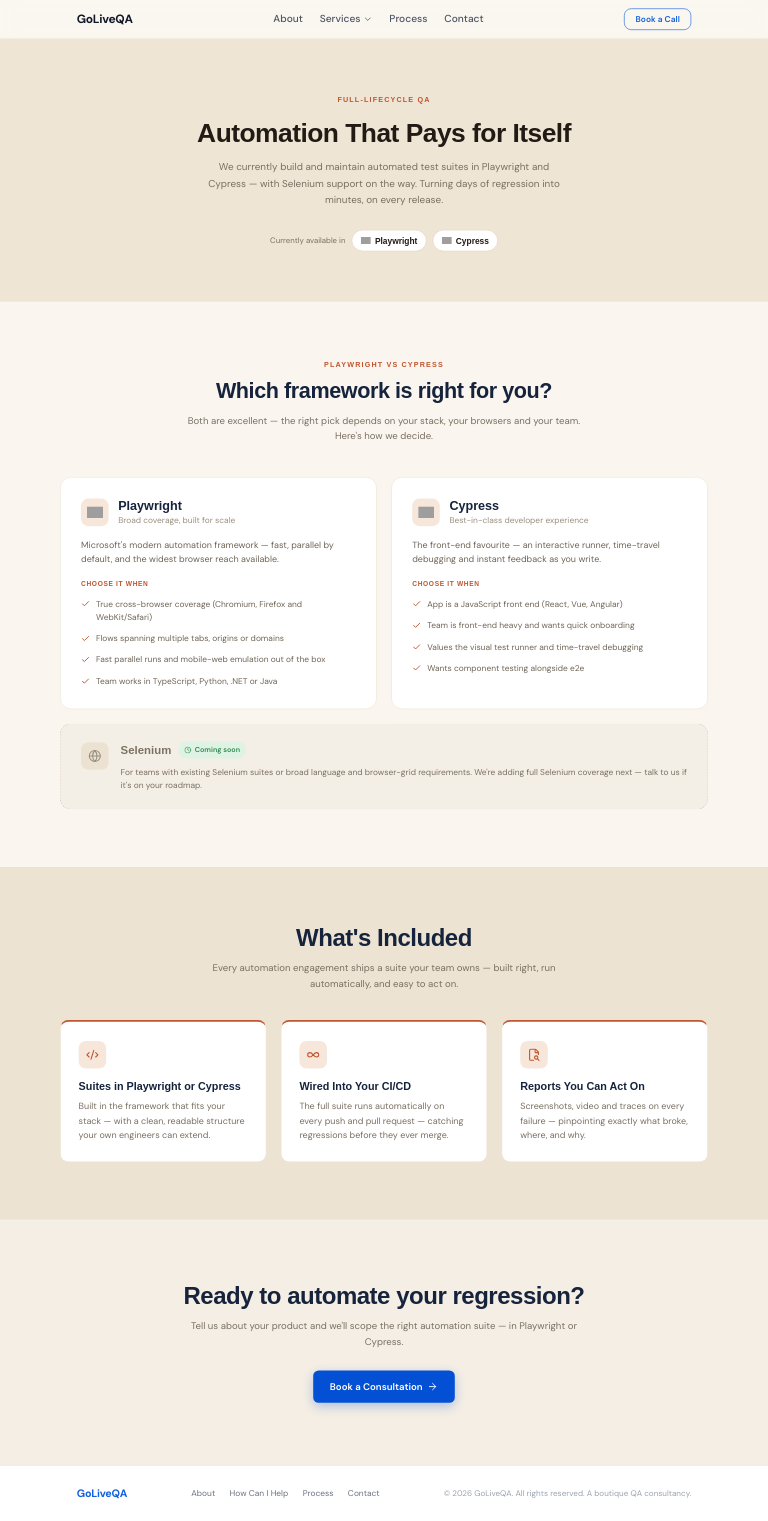
Repository: Monika281992/GoLiveQA
Page: /automation-testing
These files come from the project's save history. The page is drawn as it stood at one moment and after the next save; the edit follows.
The browser window is 1280 px wide. The pictures show the whole page, at 60% of full size.
Pictures or frames that could not be fetched are drawn as grey boxes. The project was rebuilt for these pictures with package versions that can differ from the ones it lists, and the page was loaded fresh each time. The framework's server and built-in components were replaced by stand-ins that run in the browser. Also part of the build but not shown: next.config.mjs.

Above is the page before, as saved 2026-06-28 12:21:46.

After the next save:
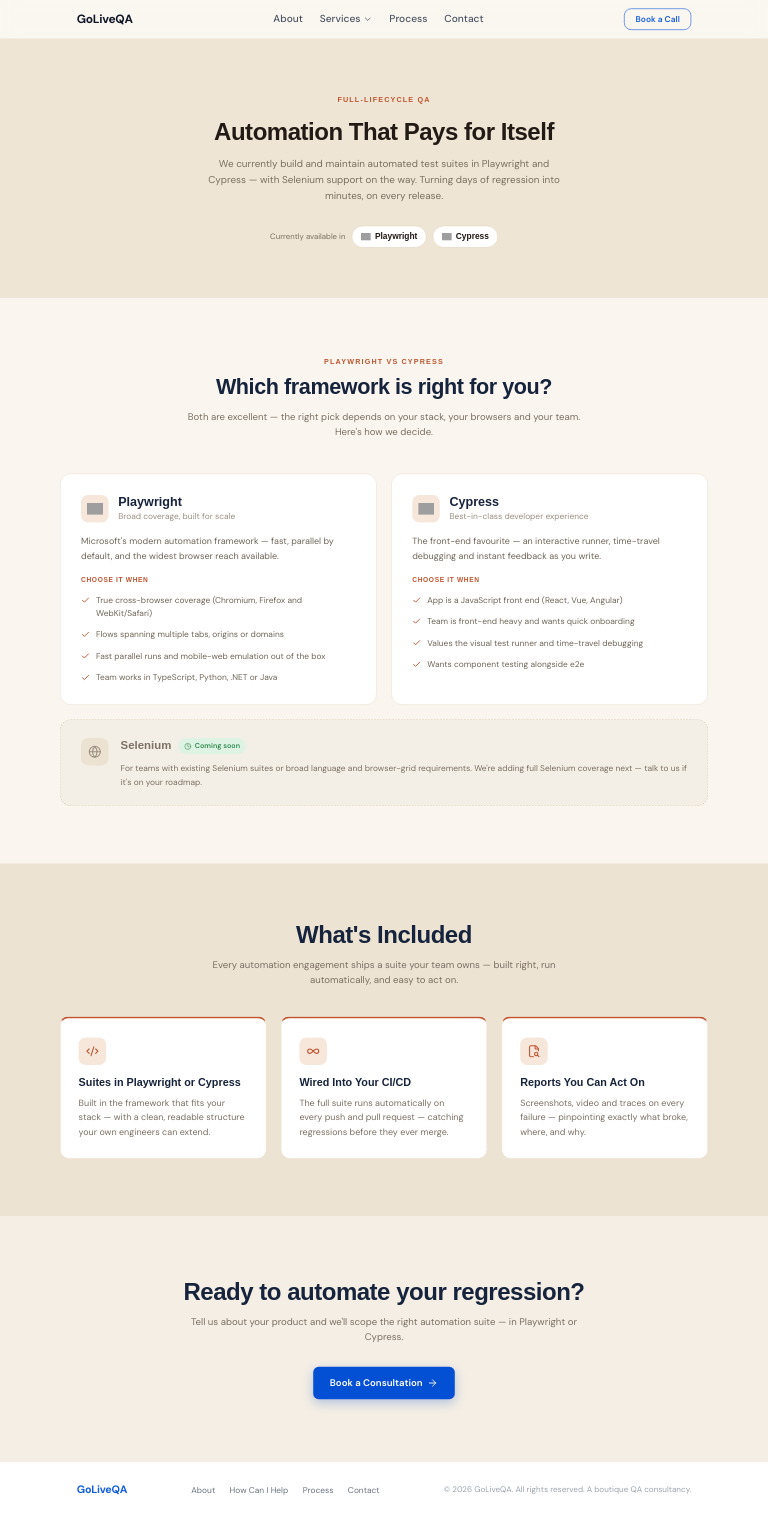
Saved 58 s later.
--- a/components/AutomationTesting.jsx
+++ b/components/AutomationTesting.jsx
@@ -83,11 +83,11 @@
           </p>
           <h1 style={{
             fontFamily: "'Poppins', sans-serif",
-            fontWeight: 700,
-            fontSize: "clamp(32px, 6vw, 44px)",
+            fontWeight: 600,
+            fontSize: "clamp(1.8rem, 4vw, 2.5rem)",
             color: "#211a15",
-            margin: "0 0 20px",
-            lineHeight: 1.1,
+            margin: "0 0 16px",
+            lineHeight: 1.15,
             letterSpacing: "-0.02em",
           }}>
             Automation That Pays for Itself
